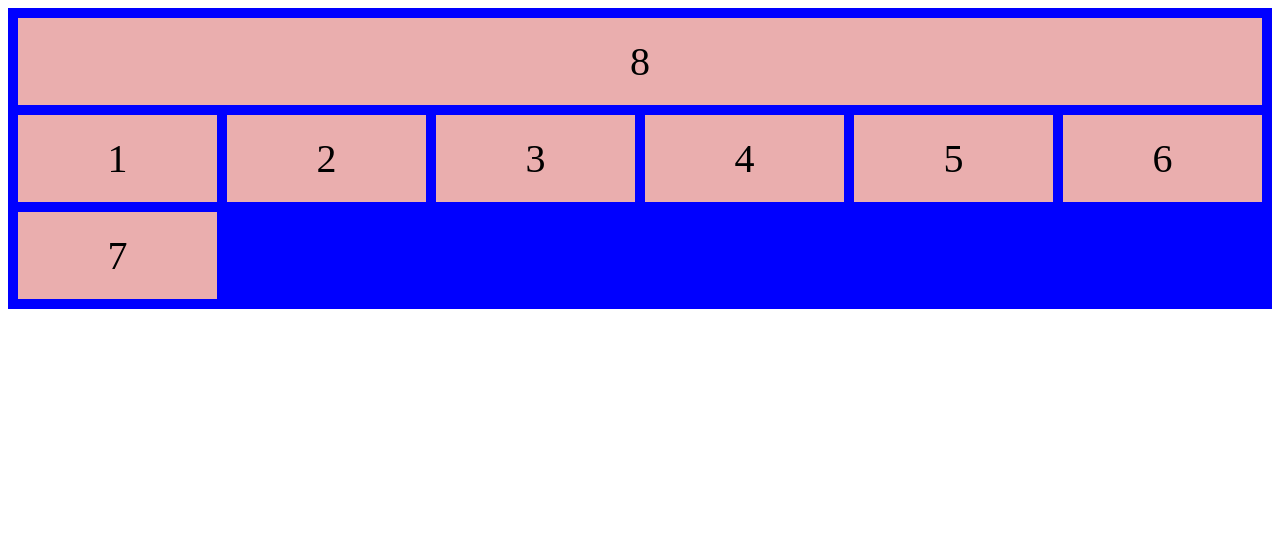
Repository: Thonghehe/Lab2_Web106
Page: Buoi2/index24.html
An editor plug-in stored every save of this project. The page is shown before and after the next save, followed by the edit.
The browser window is 1280 px wide. The pictures show the whole page.

Above is the page before, as saved 2024-03-09 17:18:31.

After the next save:
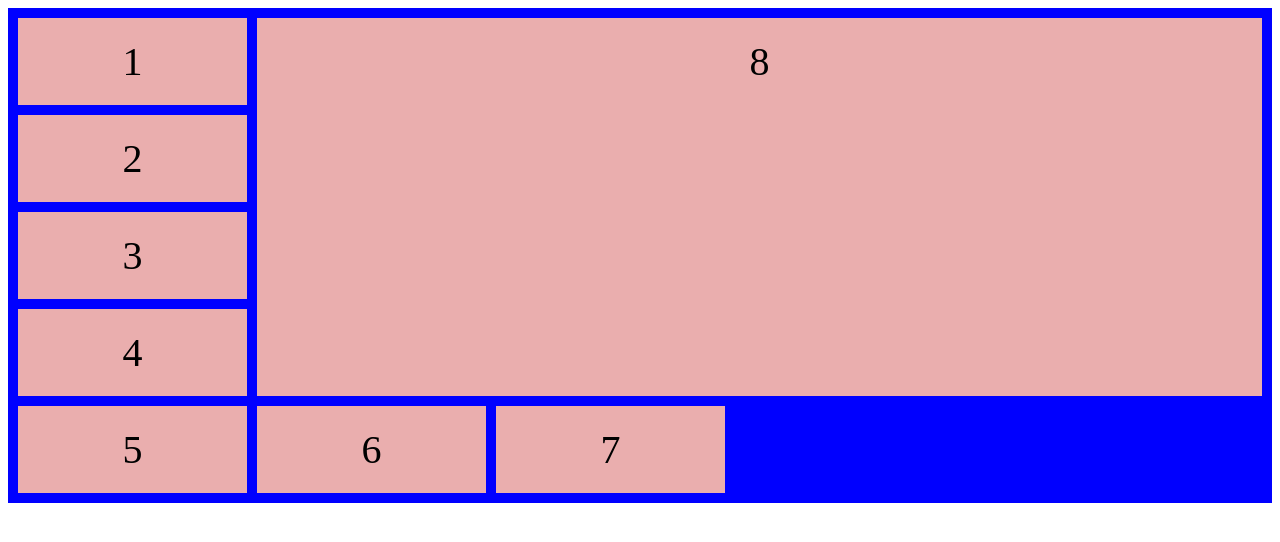
Saved 15 s later.
--- a/Buoi2/index24.html
+++ b/Buoi2/index24.html
@@ -22,7 +22,7 @@
         }
 
         .item8 {
-            grid-area: 1 / 1 / 2 / 7;
+            grid-area: 1 / 2 / 5 / 7;
         }
     </style>
 </head>
